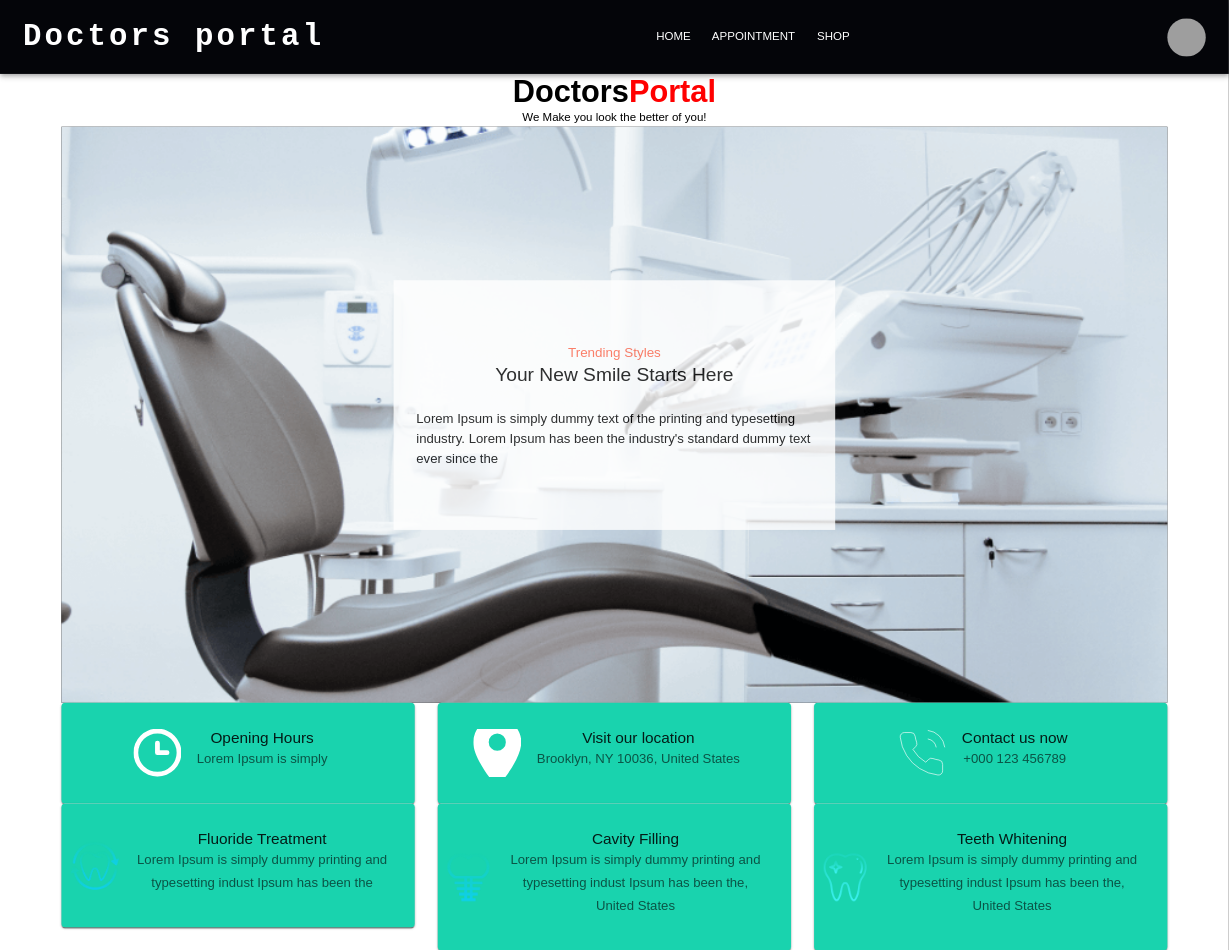
Repository: mdrubel02/health-care
Page: /
These files come from the project's save history. The page is drawn as it stood at one moment and after the next save; the edit follows.
The browser window is 1280 px wide. The pictures show the whole page, at 96% of full size.
Pictures or frames that could not be fetched are drawn as grey boxes. The project was rebuilt for these pictures with package versions that can differ from the ones it lists, and the page was loaded fresh each time. Also part of the build but not shown: src/Pages/Appointment/Appointment.js, src/Animation/index.js, src/Styles/Product/index.js, src/Pages/Shop/ProductMeta.js, src/Pages/Shop/SingleProduct.js, src/Pages/Shop/SingleProductDesktop.js, src/Pages/Shop/Shop.js.

Above is the page before, as saved 2022-11-20 12:34:55.

After the next save:
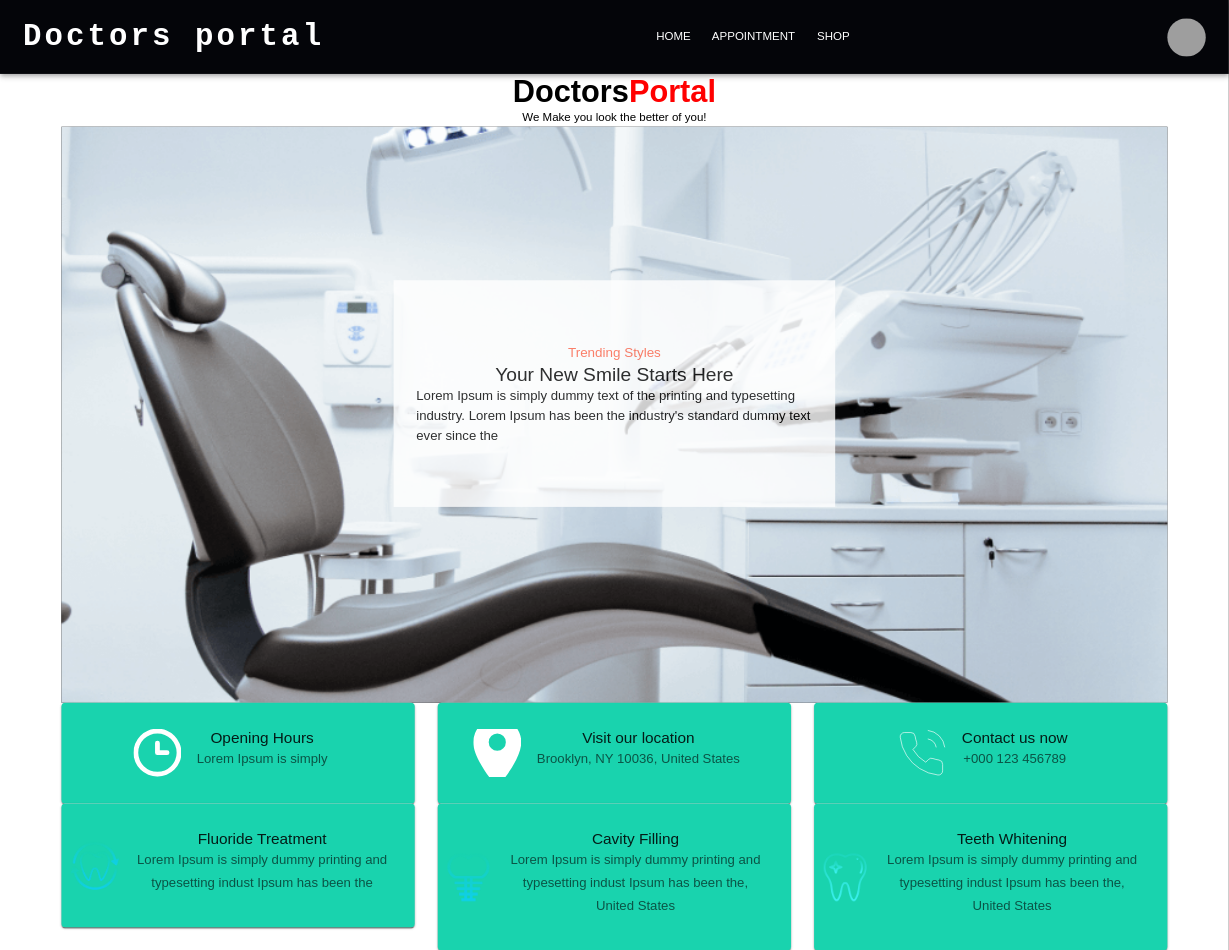
Saved 53 s later.
--- a/src/Pages/Home/Banner/Banner.js
+++ b/src/Pages/Home/Banner/Banner.js
@@ -38,7 +38,7 @@ const Banner = () => {
                         <Typography variant="h4" align="center">
                             Your New Smile Starts Here
                         </Typography>
-                        <Typography variant="body1" p={3} pb={8}>
+                        <Typography variant="body1" pl={3} pr={3} pb={8}>
                         Lorem Ipsum is simply dummy text of the printing and typesetting industry. Lorem Ipsum has been the industry's standard dummy text ever since the
                         </Typography>
                     </Box>
